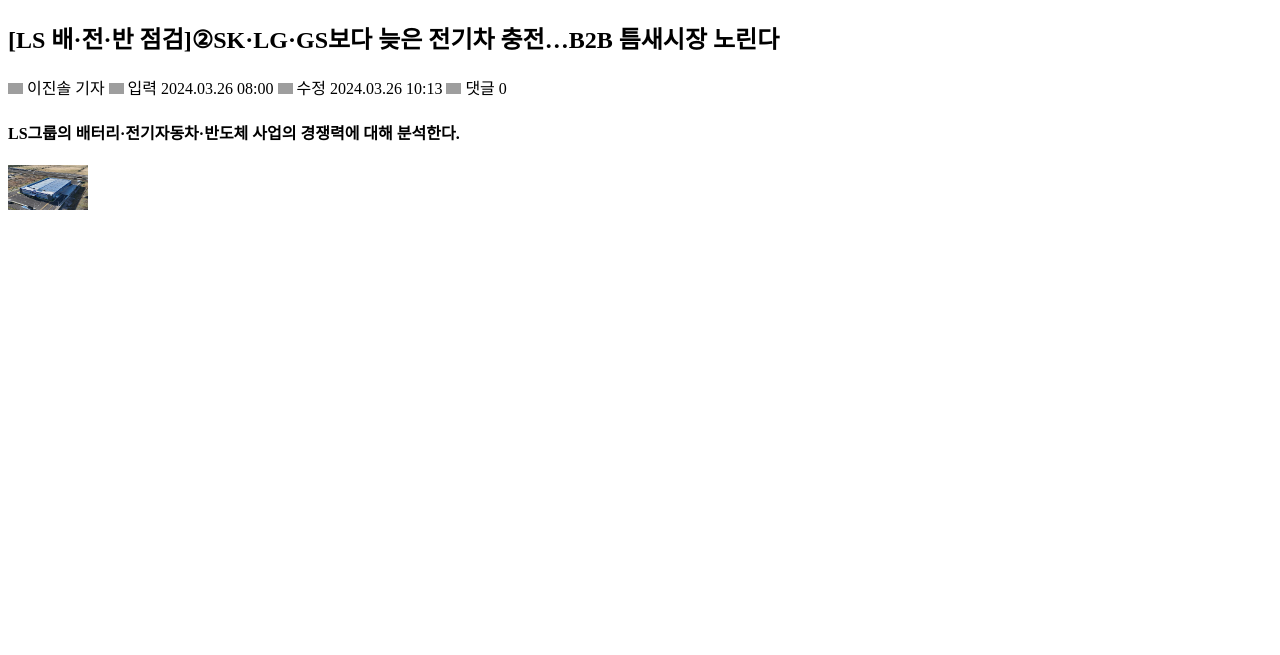
Repository: donggri1/WORKSPACE
Page: WebClass/webPro/src/main/webapp/html/days03/ex06.html
These files come from the project's save history. The page is drawn as it stood at one moment and after the next save; the edit follows.
The browser window is 1280 px wide. The pictures show the whole page.
Pictures or frames that could not be fetched are drawn as grey boxes.

Above is the page before, as saved 2024-03-26 01:38:46.

After the next save:
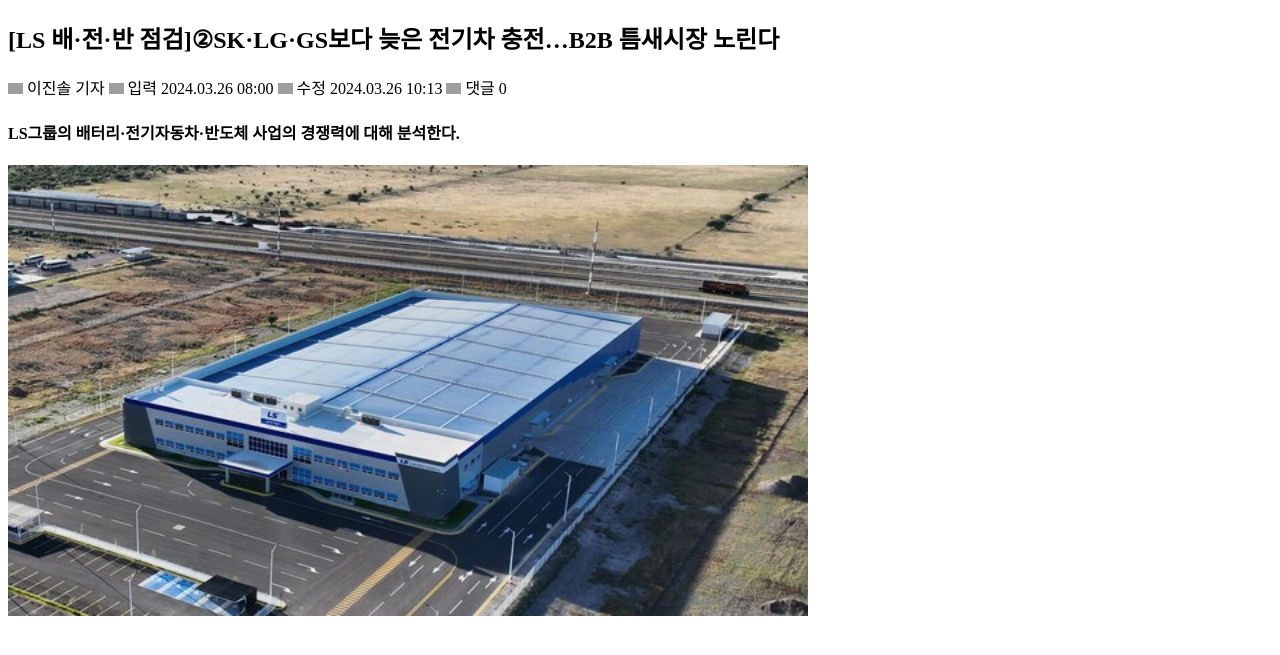
Saved 31 s later.
--- a/WebClass/webPro/src/main/webapp/html/days03/ex06.html
+++ b/WebClass/webPro/src/main/webapp/html/days03/ex06.html
@@ -12,6 +12,6 @@
 <img alt="pe" width="15" src="../../images/SiSt.ico"> 수정 2024.03.26 10:13
 <img alt="pe" width="15" src="../../images/SiSt.ico"> 댓글 0
 <h4>LS그룹의 배터리·전기자동차·반도체 사업의 경쟁력에 대해 분석한다. </h4>
-<img alt="img" width="80" src="../images/factory.jpg">
+<img alt="img" width="800" src="../images/factory.jpg">
 </body>
 </html>
